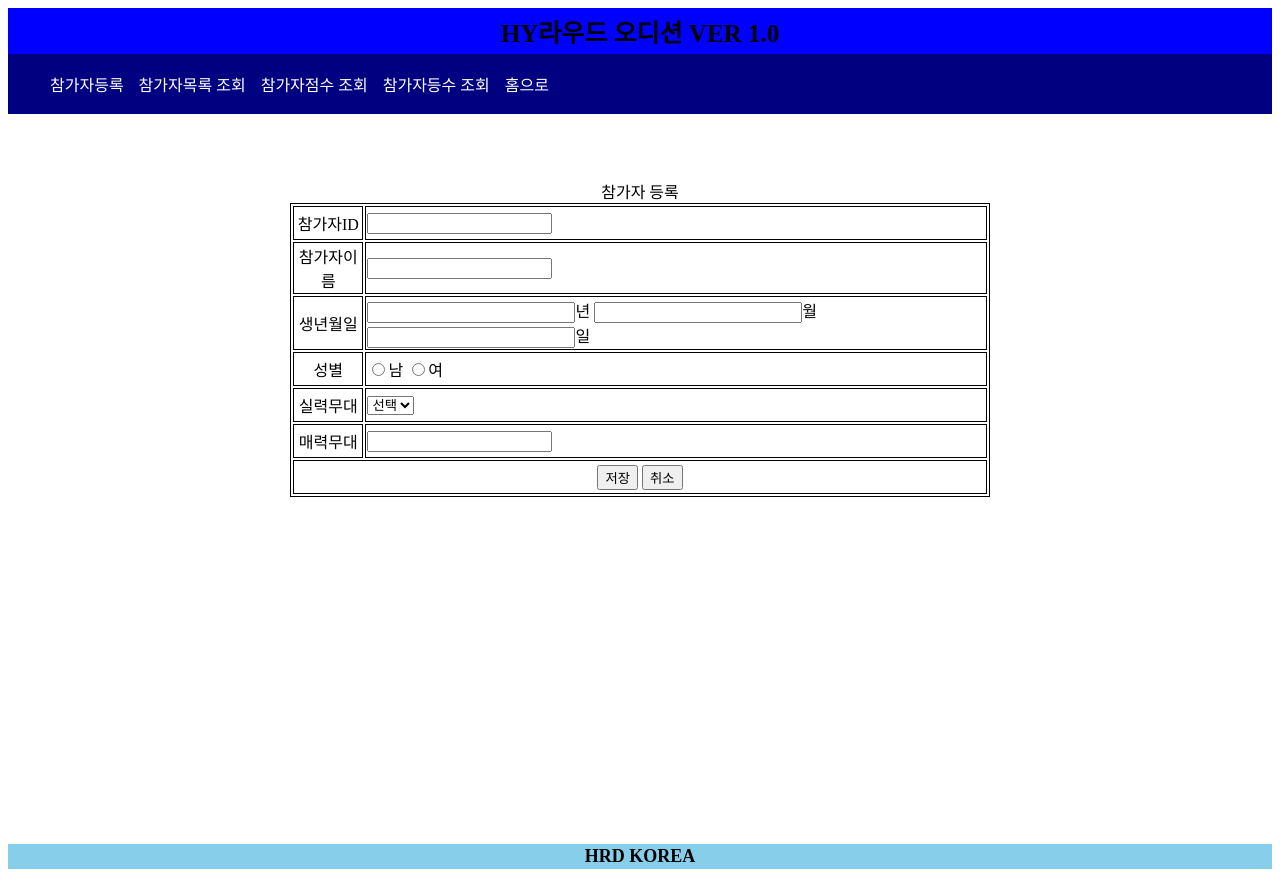
Repository: hoger96/java
Page: http://localhost/Audition/reg.go
These files come from the project's save history. The page is drawn as it stood at one moment and after the next save; the edit follows.
The browser window is 1280 px wide. The pictures show the whole page.
The page is served by Tomcat 9.

Above is the page before, as saved 2023-02-05 15:16:55.

After the next save:
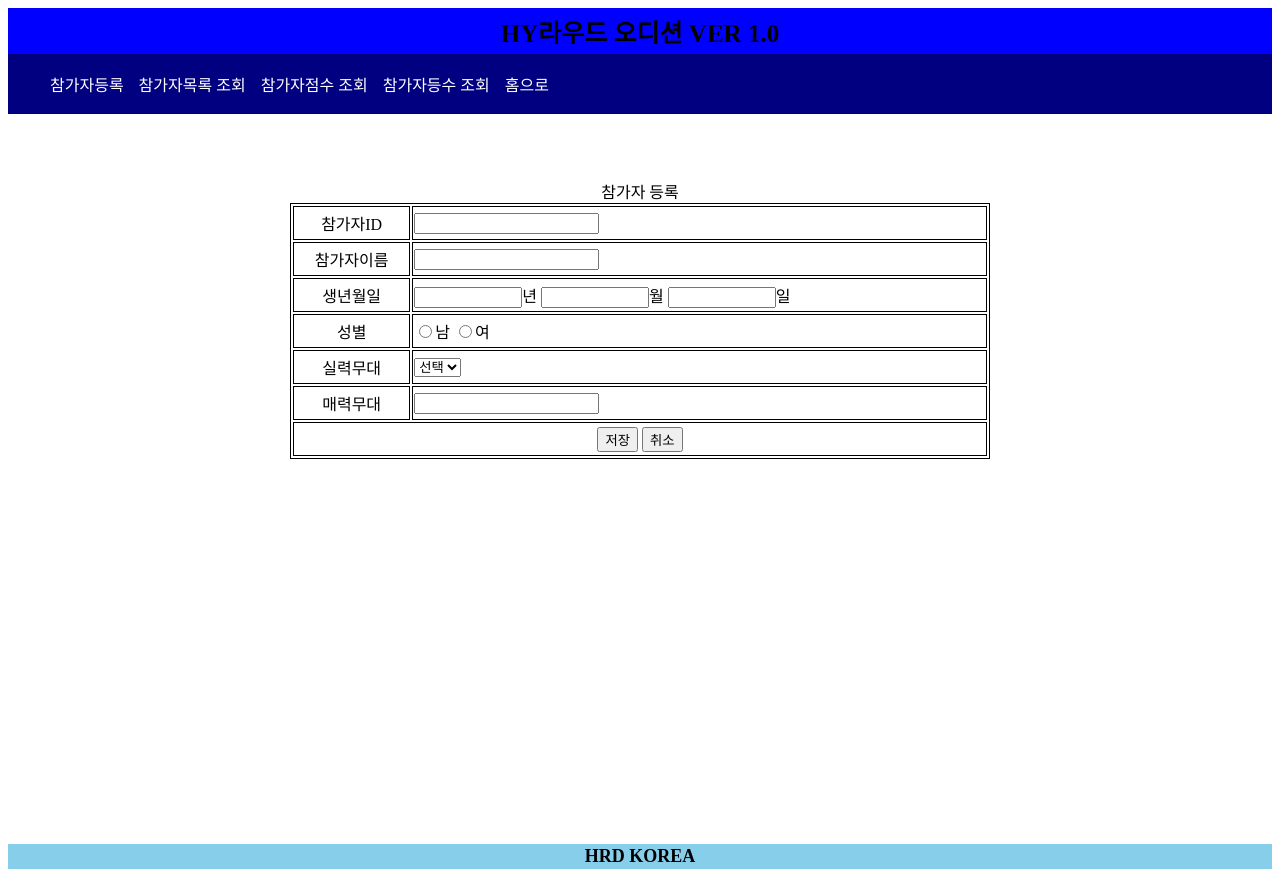
Saved 25 s later.
--- a/Audition/src/main/webapp/css/reg.css
+++ b/Audition/src/main/webapp/css/reg.css
@@ -12,5 +12,5 @@ td{
 	text-align:center;
 }
 .bb{
-	width:200px;
+	width:100px;
 }
